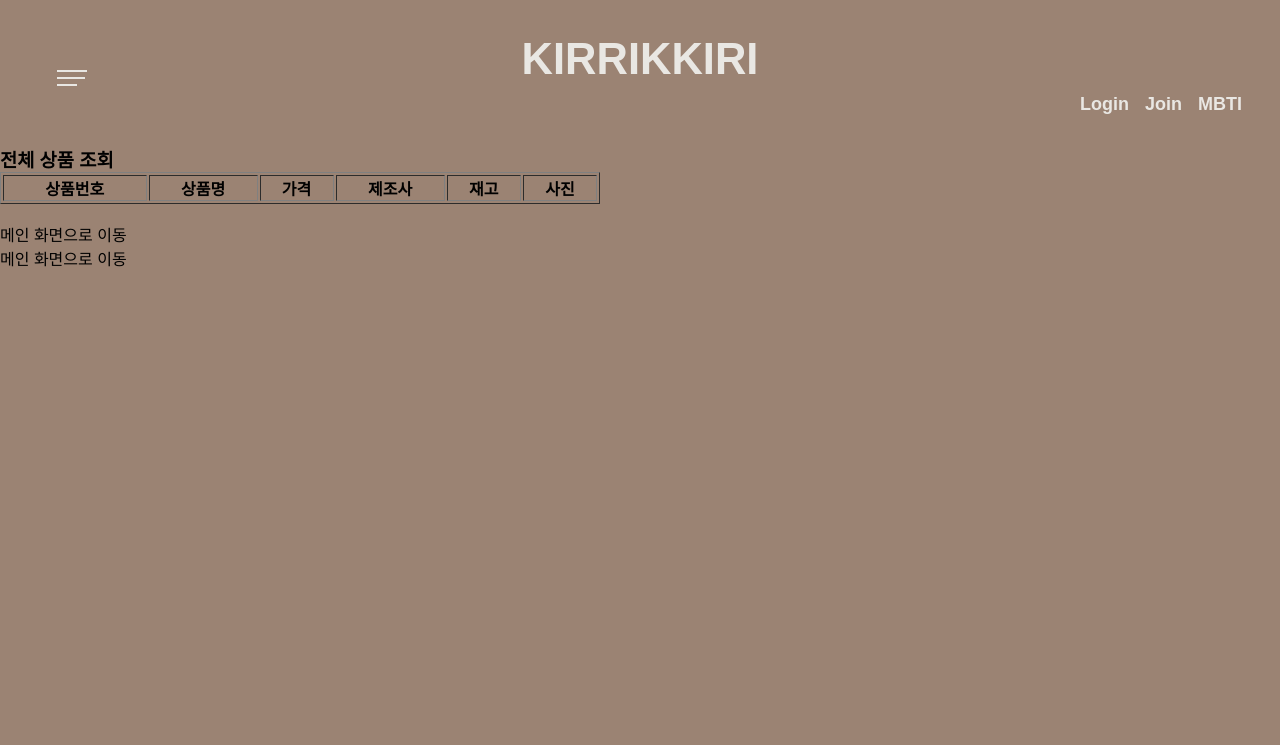
Repository: roditee/backend_mini_project
Page: http://localhost/spring_boot_backend_mini_project/WEB-INF/views/profileListView.jsp
These files come from the project's save history. The page is drawn as it stood at one moment and after the next save; the edit follows.
The browser window is 1280 px wide. The pictures show the whole page.
Some web libraries are served in a nearby version. The page is served by Tomcat 9. Nobody is signed in. The template is opened directly, without the code that normally fills it, so the values that code supplies are empty.

Above is the page before, as saved 2022-01-19 07:39:54.

After the next save:
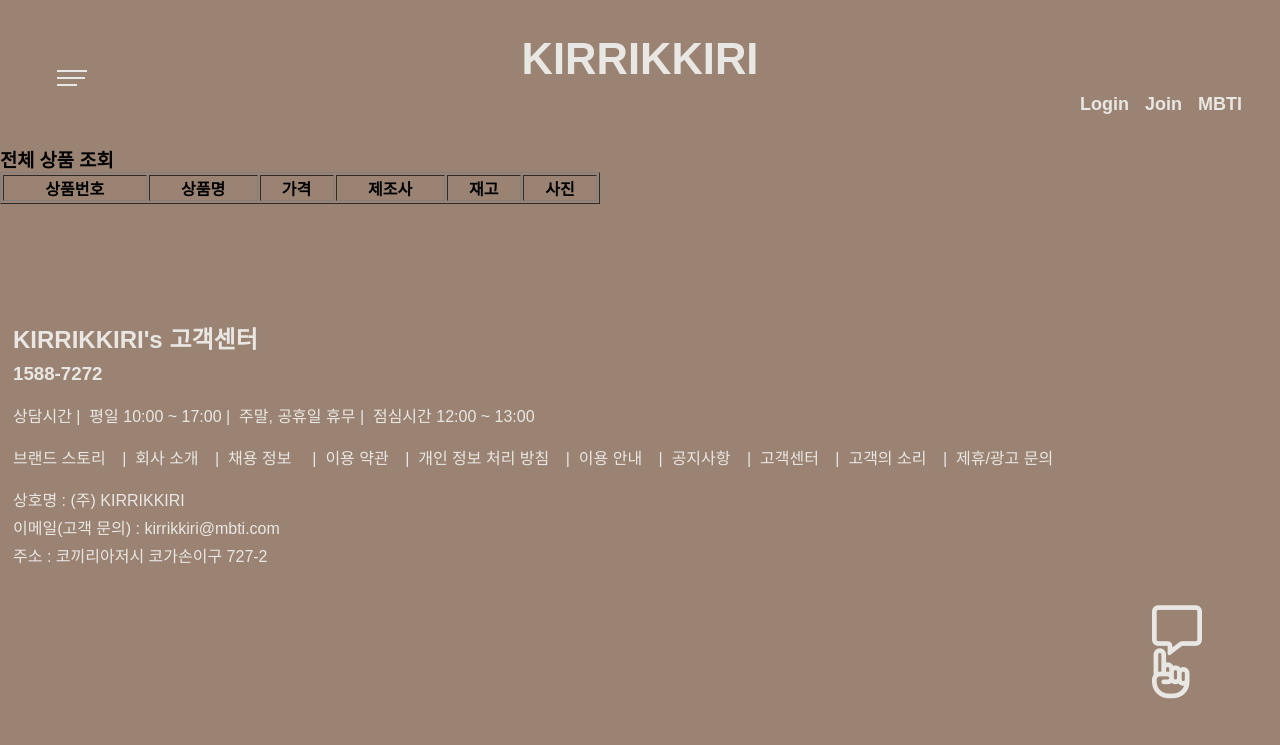
Saved 37 s later.
--- a/spring_boot_backend_mini_project/src/main/webapp/WEB-INF/views/profileListView.jsp
+++ b/spring_boot_backend_mini_project/src/main/webapp/WEB-INF/views/profileListView.jsp
@@ -11,6 +11,8 @@
 
 		<!-- TOP -->
 		<jsp:include page="/WEB-INF/views/layout/top.jsp" flush='true'/>
+
+		<section>
 			<h3>전체 상품 조회</h3>
 			<table border="1" width="600">
 				<tr><th>상품번호</th><th>상품명</th><th>가격</th>
@@ -28,8 +30,10 @@
 			   	</tr>
 			   </c:forEach>
 			</table><br>
+		</section>
 
-			<a href="/mybatis/">메인 화면으로 이동</a><br>
-			<a href="<c:url value='/' />">메인 화면으로 이동</a> <!-- 같은 표현 -->
+		<!-- BOTTOM -->
+		<jsp:include page="/WEB-INF/views/layout/bottom.jsp" flush='true'/>
+
 	</body>
 </html>
